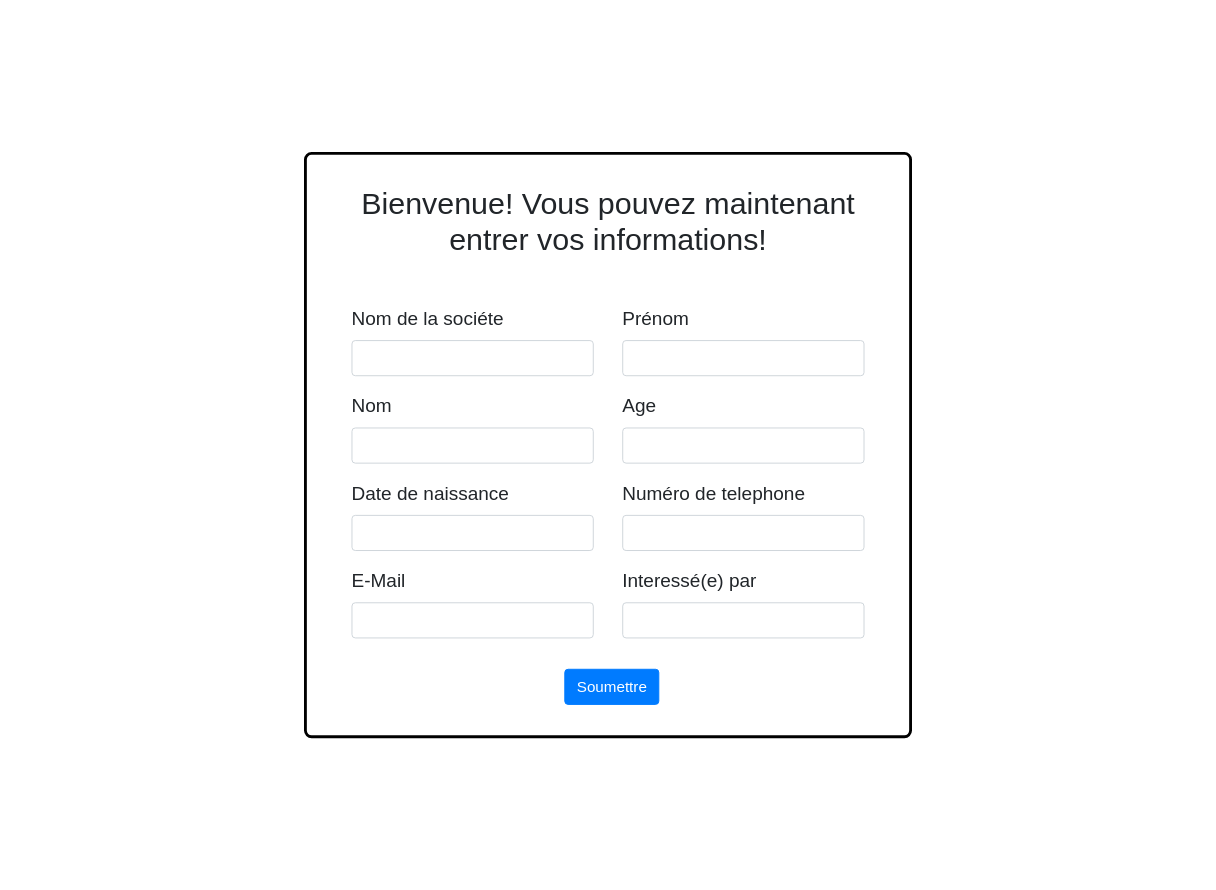
Repository: Aminox84/frontend-main
Page: /
The author's editor kept a copy of each file at every save. The page is drawn from the files as they stood at one save, then again after the next save.
The browser window is 1280 px wide. The pictures show the whole page, at 95% of full size.
The page's requests for data from a server got no answer. The project was rebuilt for these pictures with package versions that can differ from the ones it lists, and the page was loaded fresh each time. No one was signed in, and anything a server would have sent is missing.

Above is the page before, as saved 2022-12-30 14:41:58.

After the next save:
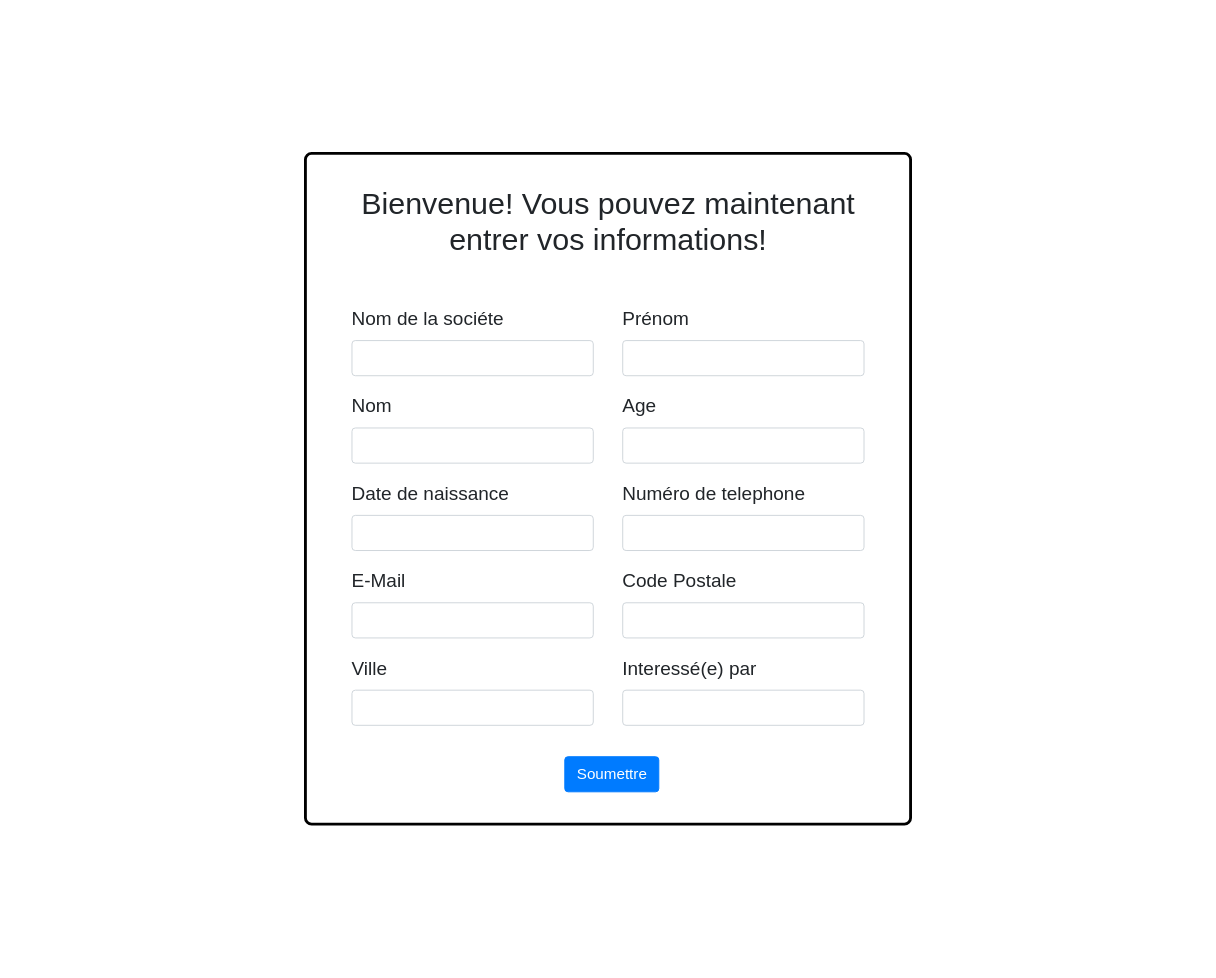
Saved 20 min 43 s later.
--- a/src/userForm.tsx
+++ b/src/userForm.tsx
@@ -221,6 +221,42 @@ const [data,setData]= useState([{
                 style={labelFontSize}
                 htmlFor="exampleInputPassword1"
               >
+               Code Postale
+              </label>
+              <input
+              onChange={handleFormChange}
+              name='phoneNumber'
+                type="text"
+                className="form-control"
+                id="exampleInputPassword1"
+              />
+            </div>
+          </div>
+        </div>
+               <div className="row">
+          <div className="col">
+            <div className="form-group">
+              <label
+                style={labelFontSize}
+                htmlFor="exampleInputPassword1"
+              >
+                Ville
+              </label>
+
+              <input
+              onChange={handleFormChange}
+                type="text"
+                className="form-control"
+                id="exampleInputPassword1"
+              />
+            </div>
+          </div>
+          <div className="col">
+            <div className="form-group">
+              <label
+                style={labelFontSize}
+                htmlFor="exampleInputPassword1"
+              >
                Interessé(e) par
               </label>
               <input
